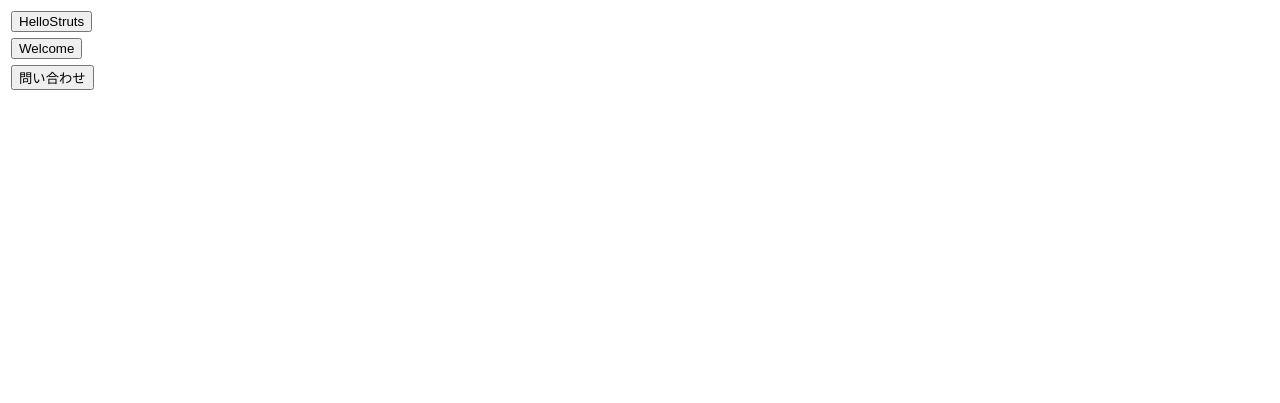
Repository: hiraide8/test
Page: http://localhost/WebProj2/
An editor plug-in stored every save of this project. The page is shown before and after the next save, followed by the edit.
The browser window is 1280 px wide. The pictures show the whole page.
The page is served by Tomcat 9.

Above is the page before, as saved 2018-11-19 11:48:00.

After the next save:
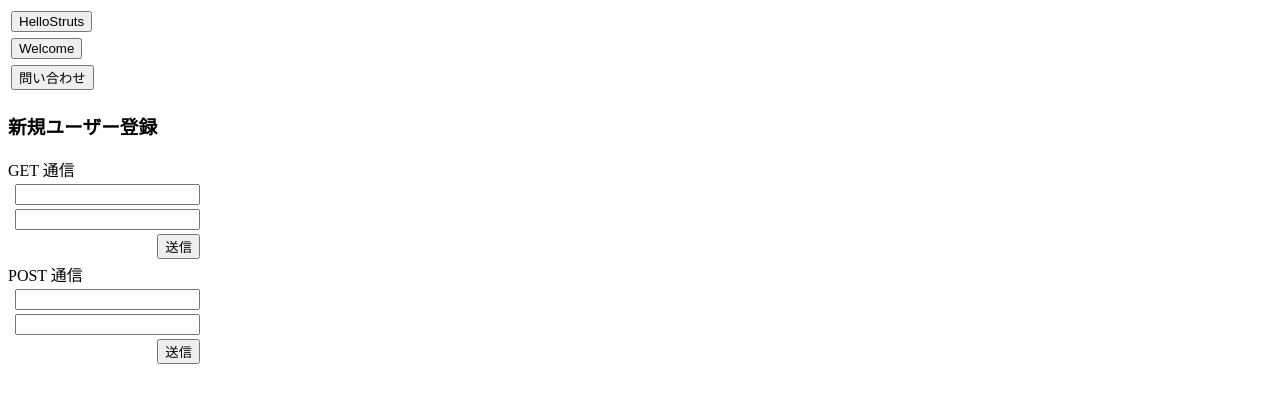
Saved 6 min 5 s later.
--- a/WebProj2/WebContent/index.jsp
+++ b/WebProj2/WebContent/index.jsp
@@ -19,5 +19,20 @@
       <s:form action="InquiryAction">
            <s:submit value="問い合わせ"/>
       </s:form>
+
+      <h3>新規ユーザー登録</h3>
+      GET 通信
+      <s:form method="get" action="TestAction">
+      <s:textfield name="username"/>
+      <s:password name="password"/>
+      <s:submit value="送信"/>
+      </s:form>
+      POST 通信
+      <s:form method="post" action="TestAction">
+      <s:textfield name="username"/>
+      <s:password name="password"/>
+      <s:submit value="送信"/>
+      </s:form>
+
 </body>
 </html>
